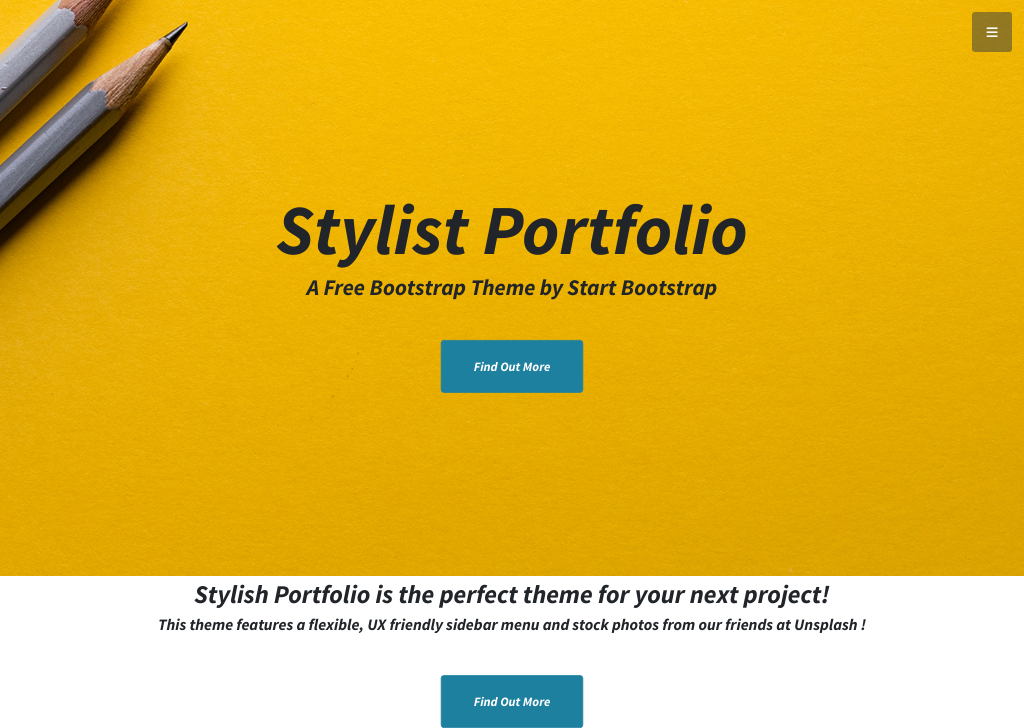
Repository: hoangpino/VE_FE_FrameWork_005
Page: lab06/index.html
An editor plug-in stored every save of this project. The page is shown before and after the next save, followed by the edit.
The browser window is 1280 px wide. The pictures show the whole page, at 80% of full size.

Above is the page before, as saved 2021-10-02 20:11:57.

### lab06/index.html
<!DOCTYPE html>
<html lang="en">

<head>
    <meta charset="UTF-8">
    <meta http-equiv="X-UA-Compatible" content="IE=edge">
    <meta name="viewport" content="width=device-width, initial-scale=1.0">
    <title>Portfolio</title>
    <link rel="stylesheet" href="./css/style.css" type="text/css" />
    <link rel="icon" href="./img/schools.png" />
    <link href="https://cdn.jsdelivr.net/npm/bootstrap@5.1.1/dist/css/bootstrap.min.css"
        rel="stylesheet"
        integrity="sha384-F3w7mX95PdgyTmZZMECAngseQB83DfGTowi0iMjiWaeVhAn4FJkqJByhZMI3AhiU"
        crossorigin="anonymous" />
    <link rel="stylesheet"
        href="https://cdnjs.cloudflare.com/ajax/libs/font-awesome/6.0.0-beta2/css/all.min.css" />
    <link rel="preconnect" href="https://fonts.googleapis.com">
    <link rel="preconnect" href="https://fonts.gstatic.com" crossorigin>
    <link
        href="https://fonts.googleapis.com/css2?family=Source+Sans+Pro:ital,wght@1,700&display=swap"
        rel="stylesheet" />
</head>

<body>
    <a href="" class="menu-toggle rounded" hef="#" data-bs-toggle="offcanvas"
        data-bs-target="#offcanvas-right" aria-controls="offcanvas-right">
        <i class="fas fa-bars"></i>
    </a>
    <div class="offcanvas offcanvas-end" tabindex="-1" aria-labelledby="offcanvas-right-lable"
        id="offcanvas-right">
        <div class="offcanvas-header">
            <h5 id="offcanvas-right-label">Start Bootstrap</h5>
            <button type="button" class="btn-close btn-close-white text-reset"
                data-bs-dismiss="offcanvas" aria-label="Close"></button>
        </div>
        <div class="offcanvas-body">
            <ul class="sidebar-nav">
                <li class="sidebar-nav-item"><a href="#home">Home</a></li>
                <li class="sidebar-nav-item"><a href="#">About</a></li>
                <li class="sidebar-nav-item"><a href="#">Services</a></li>
                <li class="sidebar-nav-item"><a href="#">Portfolio</a></li>
                <li class="sidebar-nav-item"><a href="#">Contacts</a></li>
            </ul>
        </div>
    </div>

    <!-- Header -->
    <header class="d-flex align-items-center" id="home">
        <div class="container text-center">
            <h1 class="m-1">Stylist Portfolio</h1>
            <h3 class="mb-5">A Free Bootstrap Theme by Start Bootstrap </h3>
            <a href="" class="btn btn-primary btn-xl">Find Out More</a>
        </div>
    </header>

    <!-- About -->
    <section class="d-flex align-items-center" id="about">
        <div class="container text-center">
            <h2 class="m-1">Stylish Portfolio is the perfect theme for your next project!</h2>
            <p class="mb-5">This theme features a flexible, UX friendly sidebar menu and stock
                photos from our friends at Unsplash !</p>
            <a href="" class="btn btn-primary btn-xl">Find Out More</a>
        </div>
    </section>
    <script src="https://cdn.jsdelivr.net/npm/bootstrap@5.1.1/dist/js/bootstrap.bundle.min.js"
        integrity="sha384-/bQdsTh/da6pkI1MST/rWKFNjaCP5gBSY4sEBT38Q/9RBh9AH40zEOg7Hlq2THRZ"
        crossorigin="anonymous"></script>
</body>

</html>

### lab06/css/style.css
:root {
    --color-green: #1d809f;
    --color-green-dark:rgb(15, 64, 78);
    --color-dark:#343a40;
}

body {
    font-family: 'Source Sans Pro', sans-serif !important;
}

* {
    margin: 0;
    padding: 0;
}
.menu-toggle {
    position: fixed;
    width: 50px;
    height: 50px;
    color: #fff;
    background-color: rgba(52,58,64,0.5);
    text-align: center;
    line-height: 50px;
    right: 15px;
    top: 15px;
}

.menu-toggle:hover {
    background-color: var(--color-dark);
    color: #FFF;
}

.offcanvas {
    background-color: var(--color-green) !important;
    color: #fff;
    width: 250px;

}

.offcanvas ul {
    list-style: none;
    margin : 0;
    padding: 0;
}

.offcanvas a {
    color: #fff;
    display: block;
    padding: 15px;
    text-decoration: none;

}

.offcanvas a:hover {
    background-color: rgba(52, 58, 64, 0.2);
    color: #fff;
}

.offcanvas-body {
    padding: 0 !important;
    margin: 0;

}

.offcanvas-header {
    background-color: rgba(52, 58, 64, 0.1);
}

header {
    background: url(../img/img/bg-masthead.jpg);
    background-repeat: none;
    background-position: center center;
    min-height: 100vh;
}

h1 {
    font-weight: 700 !important;
    font-size: 5.5rem !important;
}

h2 {
    font-weight: 700 !important;
    font-style: 2.0rem !important;
}

h3 {
    font-weight: 700 !important;
    font-style: 1.75rem !important;
    font-style: italic;
}

p {
    font-weight: 300 !important;
    font-size: 1.25em;
}

.btn-primary {
    background-color: var(--color-green) !important;
    border-color: var(--color-green) !important;
}

.btn-primary:active, .btn-primary:hover {
    background-color: var(--color-green-dark) !important;
    border-color: var(--color-green-dark) !important;
}

.btn-xl {
    padding: 1.25em 2.5em !important;
}

After the next save:
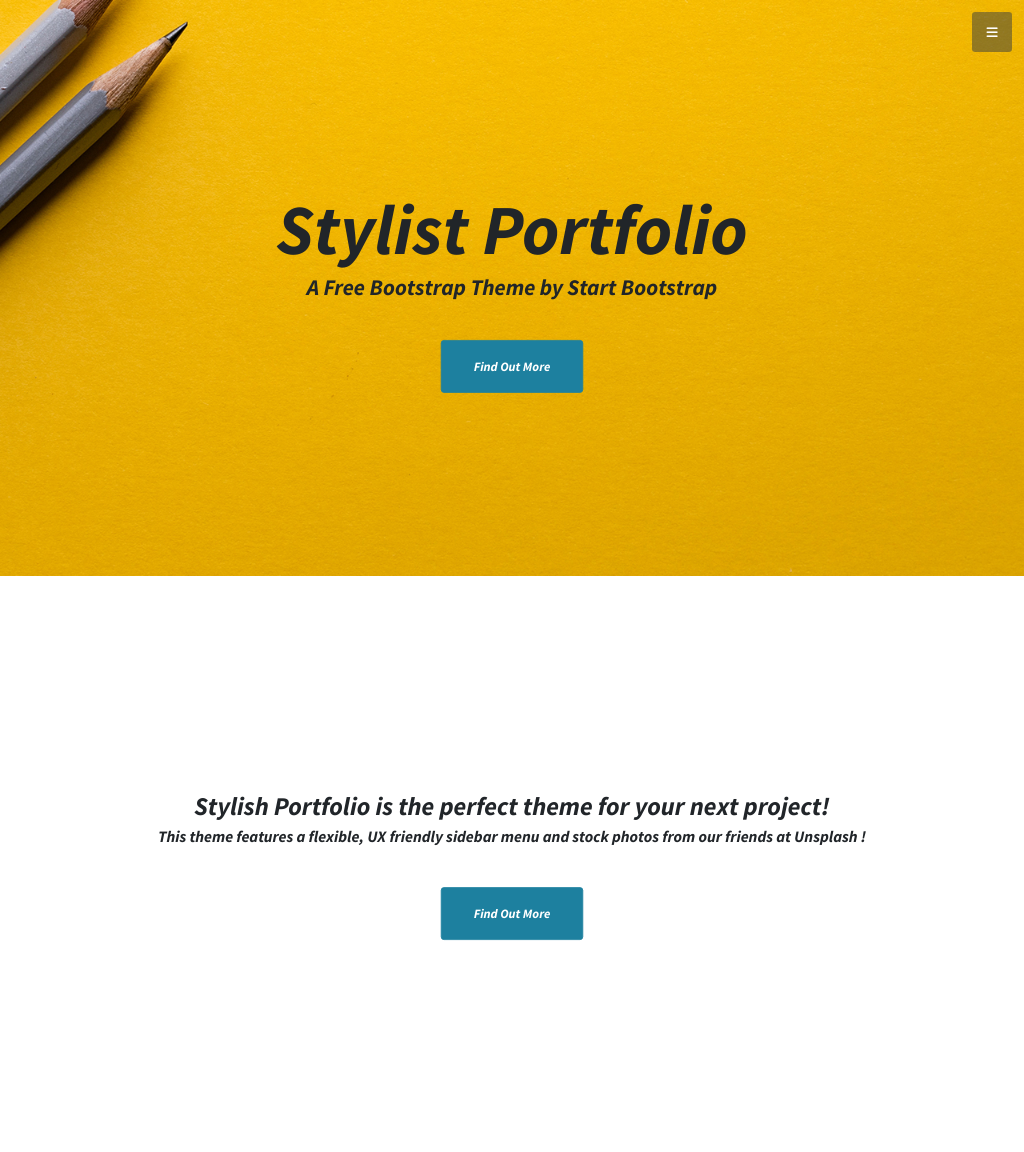
Saved 14 s later.
--- a/lab06/css/style.css
+++ b/lab06/css/style.css
@@ -106,3 +106,7 @@
 .btn-xl {
     padding: 1.25em 2.5em !important;
 }
+
+#about {
+    min-height: 100vh;
+}
